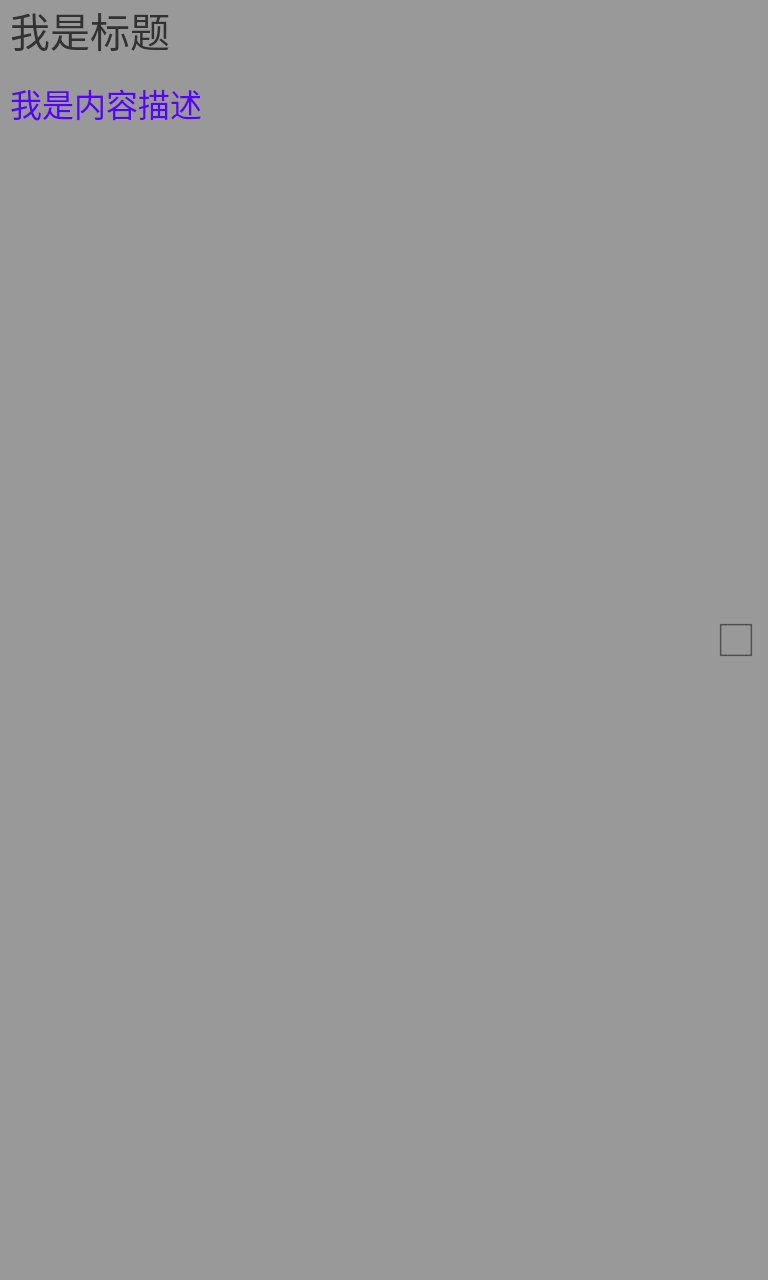
Repository: qq839924354/day01
Layout: code/Layout/res/layout/setting_layout.xml
An editor plug-in stored every save of this project. The layout is shown before and after the next save, followed by the edit.
It is drawn on a 768 x 1280 px phone screen (xhdpi) without system bars, with theme AppTheme; the app's code is not run.

Above is the layout before, as saved 2013-02-28 08:35:24.

After the next save:
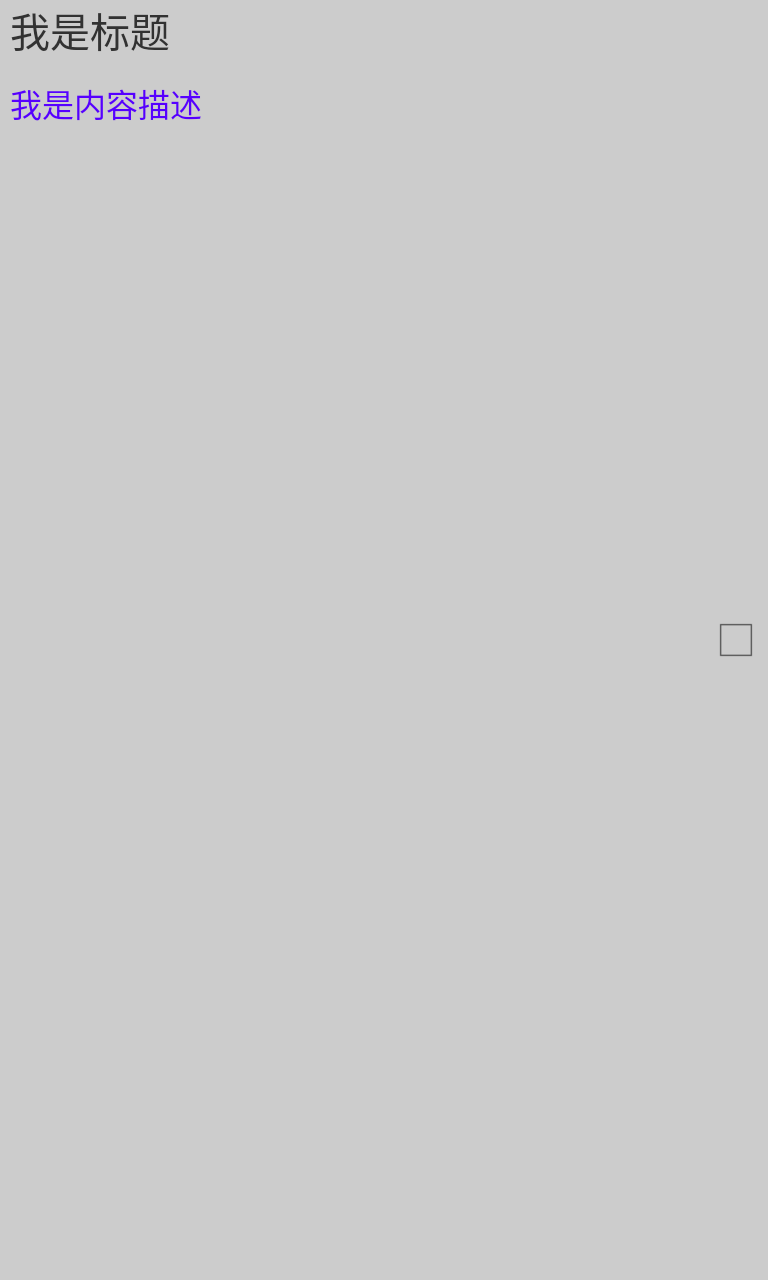
Saved 11 s later.
--- a/code/Layout/res/layout/setting_layout.xml
+++ b/code/Layout/res/layout/setting_layout.xml
@@ -1,7 +1,7 @@
 <?xml version="1.0" encoding="utf-8"?>
 <RelativeLayout xmlns:android="http://schemas.android.com/apk/res/android"
     android:layout_width="match_parent"
-    android:background="#66000000"
+    android:background="#33000000"
     android:layout_height="wrap_content" >
 
     <TextView
